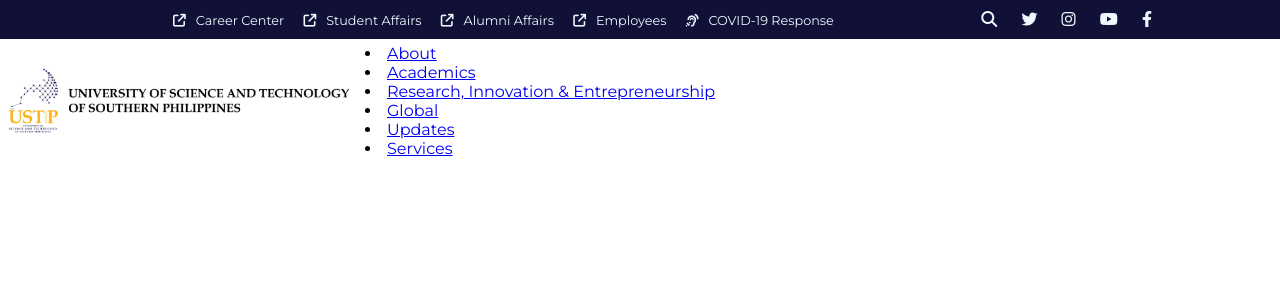
Repository: Joy5345/Colis-MidTerm_PIT
Page: index.html
The author's editor kept a copy of each file at every save. The page is drawn from the files as they stood at one save, then again after the next save.
The browser window is 1280 px wide. The pictures show the whole page.

Above is the page before, as saved 2023-07-29 16:21:40.

### index.html
<!DOCTYPE html>
<html lang="en">
<head>
    <meta charset="UTF-8">
    <meta name="viewport" content="width=device-width, initial-scale=1.0">
    <link rel="stylesheet" href="css/style.css">
    <link rel="stylesheet" href="https://cdnjs.cloudflare.com/ajax/libs/font-awesome/6.4.0/css/all.min.css" integrity="sha512-iecdLmaskl7CVkqkXNQ/ZH/XLlvWZOJyj7Yy7tcenmpD1ypASozpmT/E0iPtmFIB46ZmdtAc9eNBvH0H/ZpiBw==" crossorigin="anonymous" referrerpolicy="no-referrer" />
    <link rel="preconnect" href="https://fonts.googleapis.com">
    <link rel="preconnect" href="https://fonts.gstatic.com" crossorigin>
    <link href="https://fonts.googleapis.com/css2?family=Montserrat:wght@100;200;300;400&display=swap" rel="stylesheet">
    <title>USTP</title>

</head>
<body>
    <div class="main1">
        <div class="nav-menu1">
            <nav>
                <ul>
                    <li><a href="#"><i class="fa-solid fa-arrow-up-right-from-square"></i>Career Center</a></li>
                    <li><a href="#"><i class="fa-solid fa-arrow-up-right-from-square"></i>Student Affairs</a></li>
                    <li><a href="#"><i class="fa-solid fa-arrow-up-right-from-square"></i>Alumni Affairs</a></li>
                    <li><a href="#"><i class="fa-solid fa-arrow-up-right-from-square"></i>Employees</a></li>
                    <li><a href="#"><i class="fa-solid fa-ear-listen"></i>COVID-19 Response</a></li>
                </ul>
            </nav>

            <div class="nav-icon">
                <a href="#"><i class="fa-solid fa-magnifying-glass"></i></a>
                <a href="#"><i class="fa-brands fa-twitter"></i></a>
                <a href="#"><i class="fa-brands fa-instagram"></i></a>
                <a href="#"><i class="fa-brands fa-youtube"></i></a>
                <a href="#"><i class="fa-brands fa-facebook-f"></i></a>
            </div>
        </div>
    </div>

    <div class="nav-menu2">
        <div class="container1">
            <nav>
                <div class="logo1">
                    <img src="images/USTP logo.png" alt="USTP" class="Univ">
                </div>
            </nav>


            <div class="services">

                    <li><a href="#">About<i class="fa-sharp fa-light fa-chevron-down"></i></a></li>
                    <li><a href="#">Academics<i class="fa-sharp fa-light fa-chevron-down"></i></a></li>
                    <li><a href="#">Research, Innovation & Entrepreneurship<i class="fa-sharp fa-light fa-chevron-down"></i></a></li>
                    <li><a href="#">Global<i class="fa-sharp fa-light fa-chevron-down"></i></a></li>
                    <li><a href="#">Updates<i class="fa-sharp fa-light fa-chevron-down"></i></a></li>
                    <li><a href="#">Services<i class="fa-sharp fa-light fa-chevron-down"></i></a></li>

            </div>

        </div>
    </div>
</body>
</html>

### css/style.css
*{
    font-family: Montserrat;
    box-sizing: border-box;
    margin: 0 0;
}
.main1{
    display: flex;
    background-color: rgb(17, 17, 56);
    color: aliceblue;
    width: 100%;
    justify-content: center;
    padding-top: 10px;
    padding-bottom: 10px;

}
.nav-menu1{
    width: 80%;
    background-color: rgb(17, 17, 56);
    display: flex;
    align-items: center;
    justify-content: space-between;
}
nav ul{
    list-style: none;
}
nav ul li{
   display: inline-flex;
   list-style: none;
}
nav ul li a{
    margin-right: 10px;
    color: aliceblue;
    font-size: .8rem;
    text-decoration: none;
}
nav ul li a i{
    margin-right: 10px;
}
.fa-solid{
    margin-left: 5px;
}
.nav-icon i{
    margin-left: 20px;
    color: aliceblue;
}
.fa-magnifying-glass{
    color: aliceblue;
    font-size: 1rem;
    font-weight: bolder;
}
nav ul li a:hover{
    color:gold;
}
.nav-icon i:hover{
    color: gold;
}

.nav-menu2{
    background-color: #fff;
    padding: 5px;
    display: flex;
    align-items: center;
    justify-content: space-between;
}

.container1 {
    display: flex;
    align-items: center;
}

.Univ{
    width: 350px;
    margin-right: 10px;
}

.nav-services {
    display: flex;
    margin-left: auto;
    align-items:end;
    text-decoration: none;
}

After the next save:
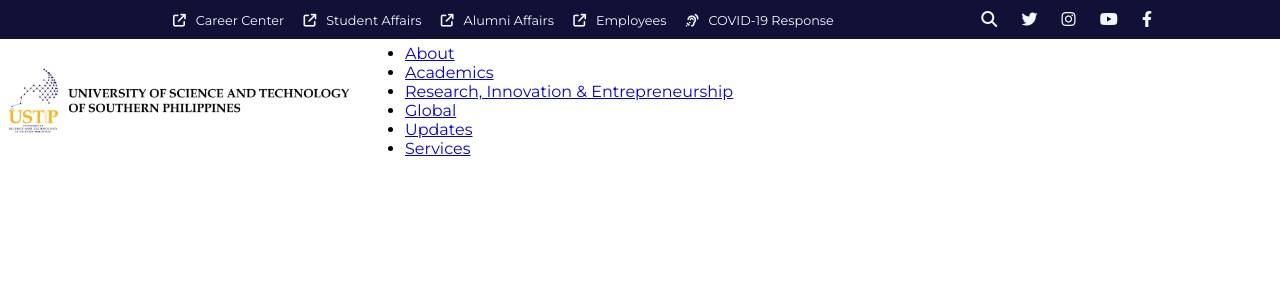
Saved 57 s later.
--- a/index.html
+++ b/index.html
@@ -43,14 +43,15 @@
             </nav>
 
 
-            <div class="services">
-
-                    <li><a href="#">About<i class="fa-sharp fa-light fa-chevron-down"></i></a></li>
-                    <li><a href="#">Academics<i class="fa-sharp fa-light fa-chevron-down"></i></a></li>
-                    <li><a href="#">Research, Innovation & Entrepreneurship<i class="fa-sharp fa-light fa-chevron-down"></i></a></li>
-                    <li><a href="#">Global<i class="fa-sharp fa-light fa-chevron-down"></i></a></li>
-                    <li><a href="#">Updates<i class="fa-sharp fa-light fa-chevron-down"></i></a></li>
-                    <li><a href="#">Services<i class="fa-sharp fa-light fa-chevron-down"></i></a></li>
+            <div class="nav-services">
+                    <ul>
+                        <li><a href="#">About<i class="fa-sharp fa-light fa-chevron-down"></i></a></li>
+                        <li><a href="#">Academics<i class="fa-sharp fa-light fa-chevron-down"></i></a></li>
+                        <li><a href="#">Research, Innovation & Entrepreneurship<i class="fa-sharp fa-light fa-chevron-down"></i></a></li>
+                        <li><a href="#">Global<i class="fa-sharp fa-light fa-chevron-down"></i></a></li>
+                        <li><a href="#">Updates<i class="fa-sharp fa-light fa-chevron-down"></i></a></li>
+                        <li><a href="#">Services<i class="fa-sharp fa-light fa-chevron-down"></i></a></li>
+                    </ul>
 
             </div>
 
